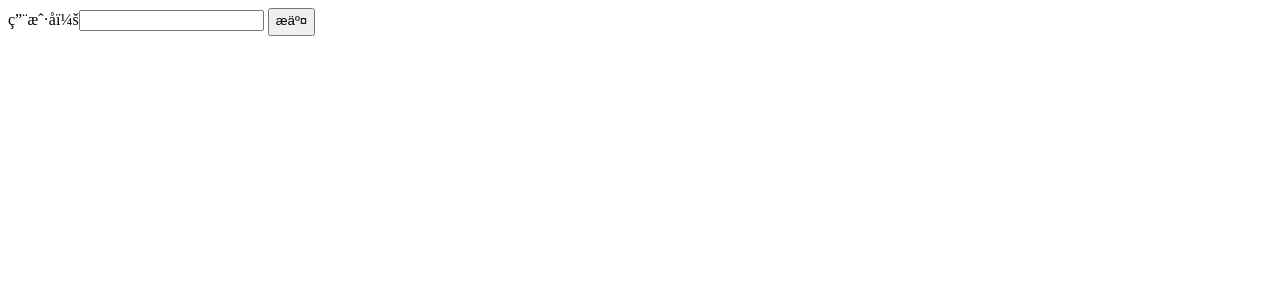
Repository: wsws1996/myproject
Page: java/workspace/day07/WebRoot/form.html
An editor plug-in stored every save of this project. The page is shown before and after the next save, followed by the edit.
The browser window is 1280 px wide. The pictures show the whole page.

Above is the page before, as saved 2015-11-11 08:00:05.

After the next save:
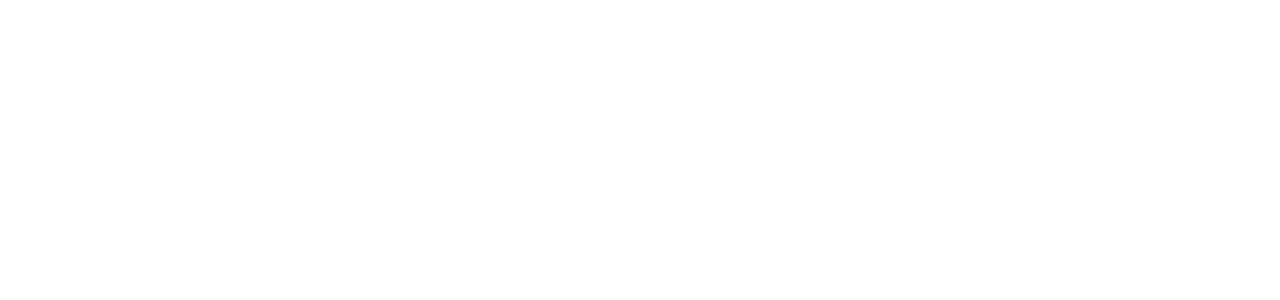
Saved 60 s later.
--- a/java/workspace/day07/WebRoot/form.html
+++ b/java/workspace/day07/WebRoot/form.html
@@ -6,7 +6,7 @@
 <meta name="keywords" content="keyword1,keyword2,keyword3">
 <meta name="description" content="this is my page">
 <meta name="content-type" content="text/html; charset=UTF-8">
-<script type="text/javascript">
+<!--<script type="text/javascript">
 	var isCommitted = false;
 	function dosubmit() {
 		if (isCommitted == false) {
@@ -16,7 +16,7 @@
 		return false;
 		}
 	}
-</script>
+</script>>
 </head>
 
 <body>

After the 2 saves that followed:
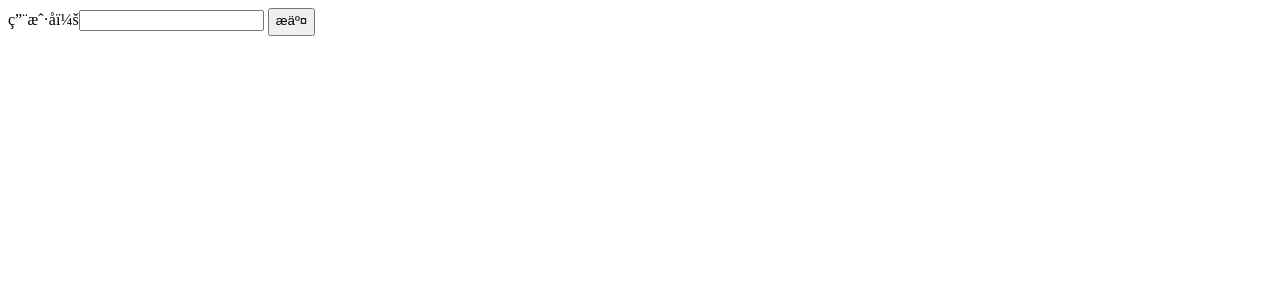
The 2 saves are shown as one change because 1 left the picture as it was.
The last was saved 10 s later.
--- a/java/workspace/day07/WebRoot/form.html
+++ b/java/workspace/day07/WebRoot/form.html
@@ -6,7 +6,7 @@
 <meta name="keywords" content="keyword1,keyword2,keyword3">
 <meta name="description" content="this is my page">
 <meta name="content-type" content="text/html; charset=UTF-8">
-<!--<script type="text/javascript">
+<script type="text/javascript">
 	var isCommitted = false;
 	function dosubmit() {
 		if (isCommitted == false) {
@@ -16,7 +16,7 @@
 		return false;
 		}
 	}
-</script>>
+</script>
 </head>
 
 <body>
